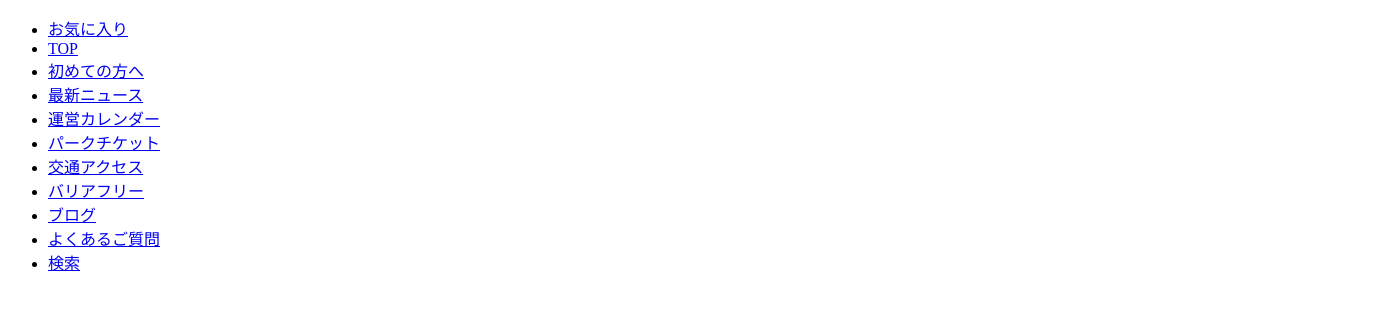
Repository: mizoguhi/mizoguhi
Page: 004_navigation/disney_navigation.html
The author's editor kept a record of every edit. The page is drawn from the files as they stood at one moment, then again after the next edit.
The browser window is 1280 px wide. The page is 1376 px wide, so the pictures cover 1376 px, including what lies to the right of the window. The pictures show the whole page.

Above is the page before.

After the next edit:
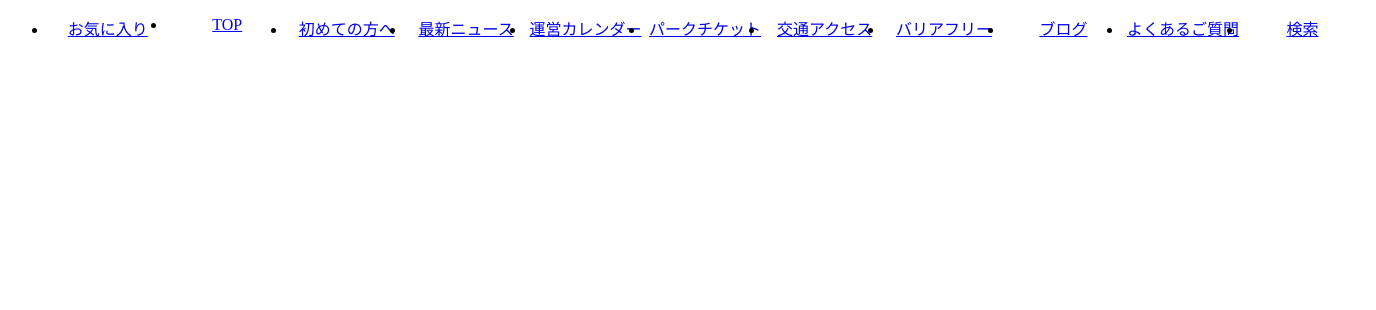
The edit:
--- a/004_navigation/disney_navigation.html
+++ b/004_navigation/disney_navigation.html
@@ -22,5 +22,21 @@
 			<li class="smenu-search"><a href="/search.html"><span>検索</span></a></li>
 		</ul>
 	</div>
+
+	<style type="text/css">
+	    .header-inner {
+	        height: 100px;
+	    }
+	    ul {
+	        width: 100%;
+	    }
+	    li {
+	            float: left;
+                width: 9%;
+                height: 94px;
+                text-align: center;
+                position: relative;
+	    }
+	</style>
 </body>
 </html>
